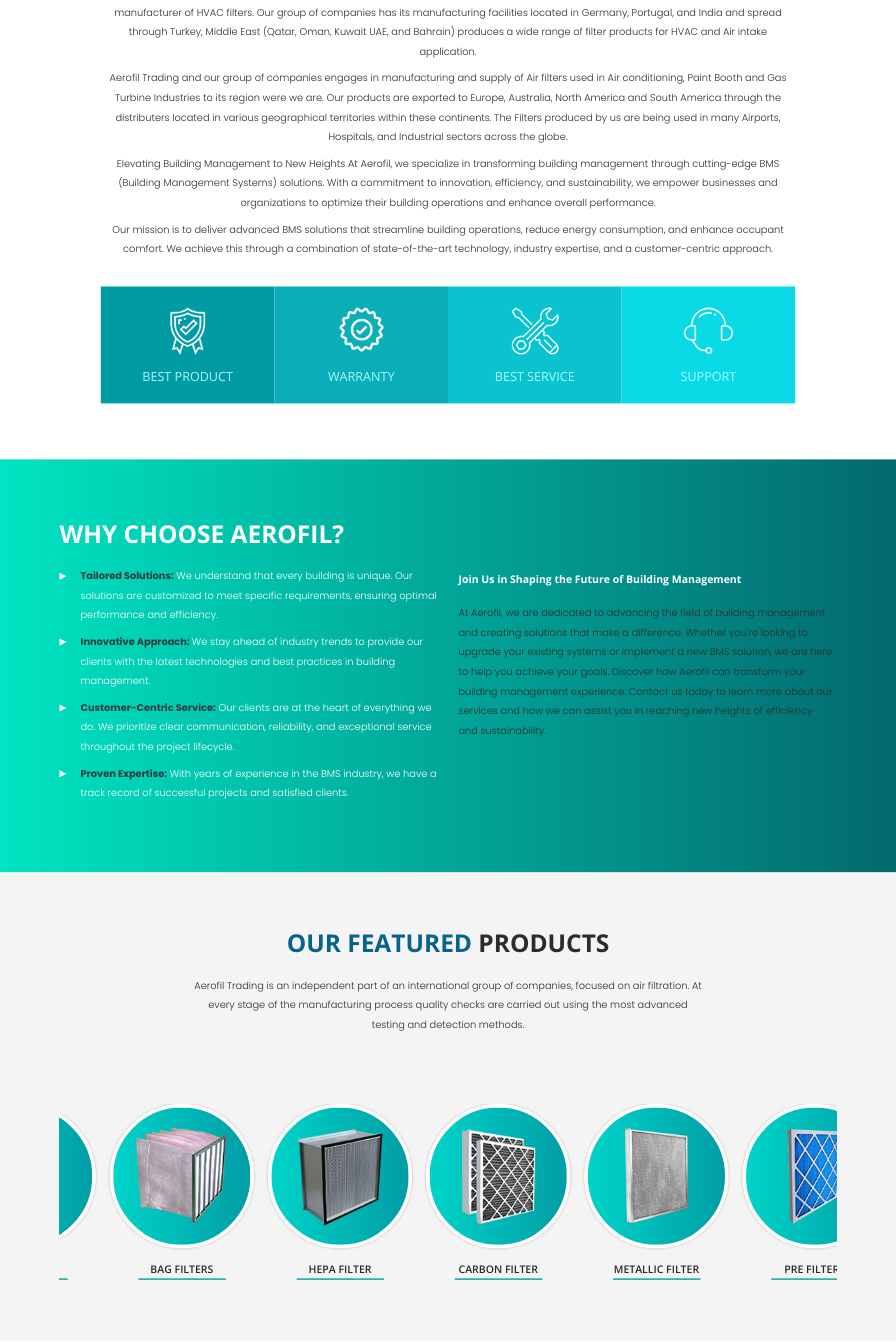
Repository: aslamvrtly/aerofil
Page: index.html
These files come from the project's save history. The page is drawn as it stood at one moment and after a run of saves; the edit follows.
The browser window is 1280 px wide. The pictures show the part of the page from y = 886 to 2806 px (the page is 5238 px tall), at 70% of full size.

Above is the page before, as saved 2024-09-04 21:07:50.

After the next 4 saves:
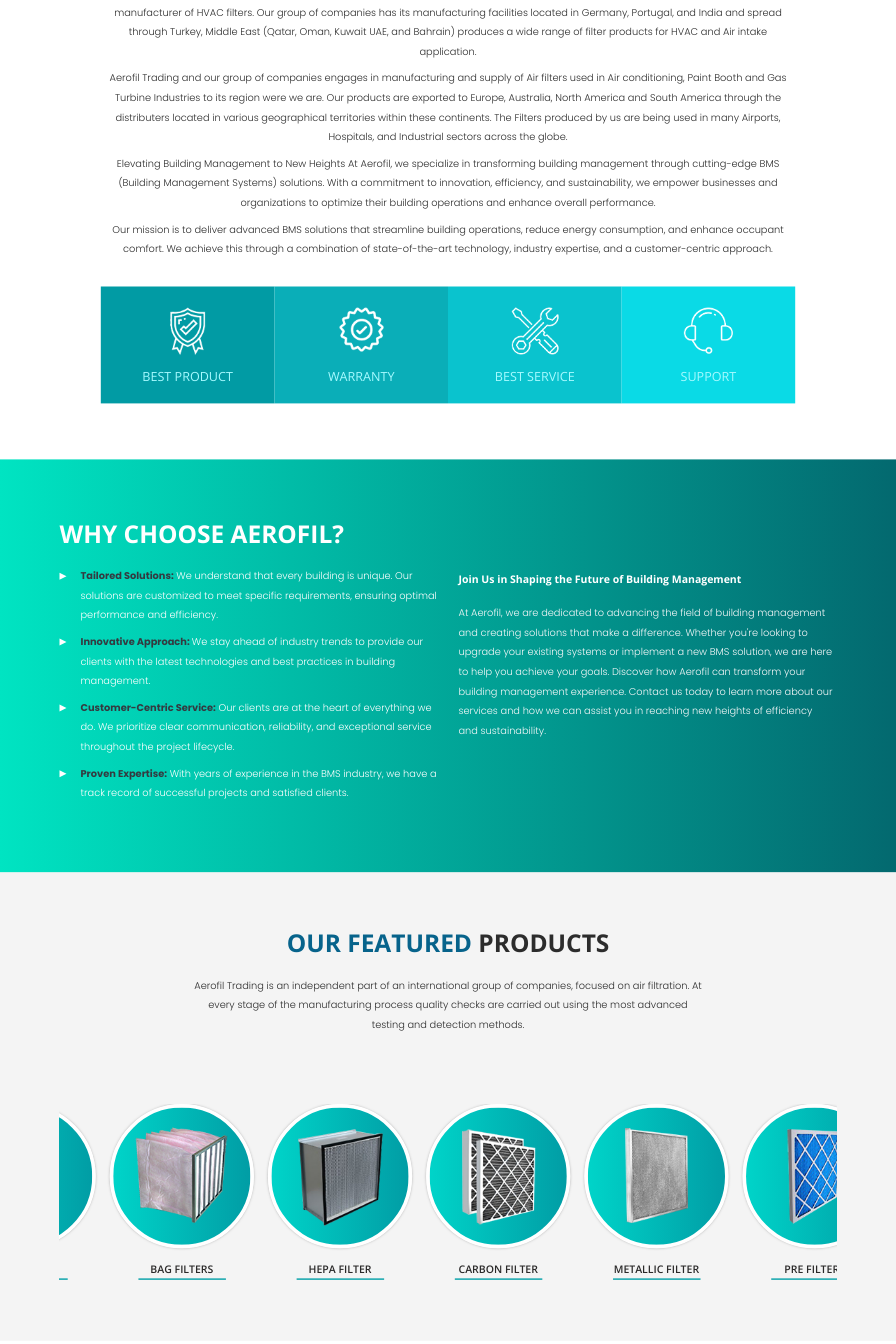
The 4 saves are shown as one change because they came seconds apart.
The last was saved 7 s later.
--- a/index.html
+++ b/index.html
@@ -256,7 +256,7 @@
 				</div>
 				<div class="col-md-6">
 					<h5 class="pt-5">Join Us in Shaping the Future of Building Management</h5>
-					<p>
+					<p class="text-light">
 					At Aerofil, we are dedicated to advancing the field of building management and creating solutions
 					that make a difference. Whether you're looking to upgrade your existing systems or implement a new
 					BMS solution, we are here to help you achieve your goals.
